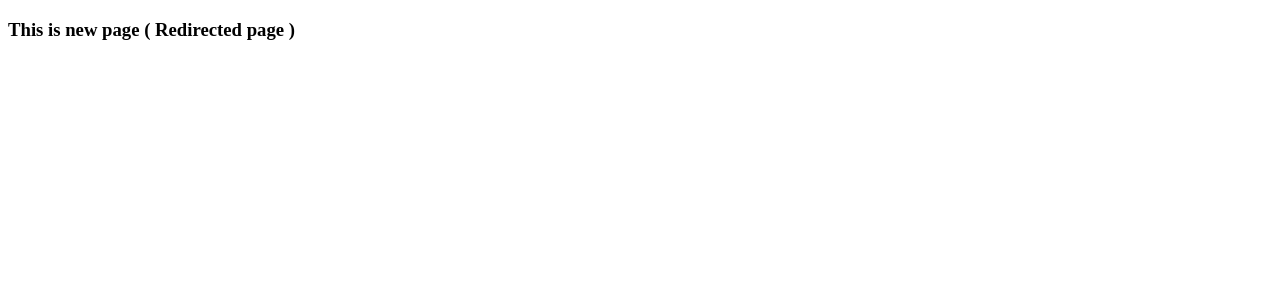
Repository: Mehakbatra496/Eclipse-Workspace
Page: A1_PracticeWebApp/src/main/webapp/New1.html
The author's editor kept a copy of each file at every save. The page is drawn from the files as they stood at one save, then again after the next save.
The browser window is 1280 px wide. The pictures show the whole page.

Above is the page before, as saved 2024-04-26 11:47:44.

After the next save:
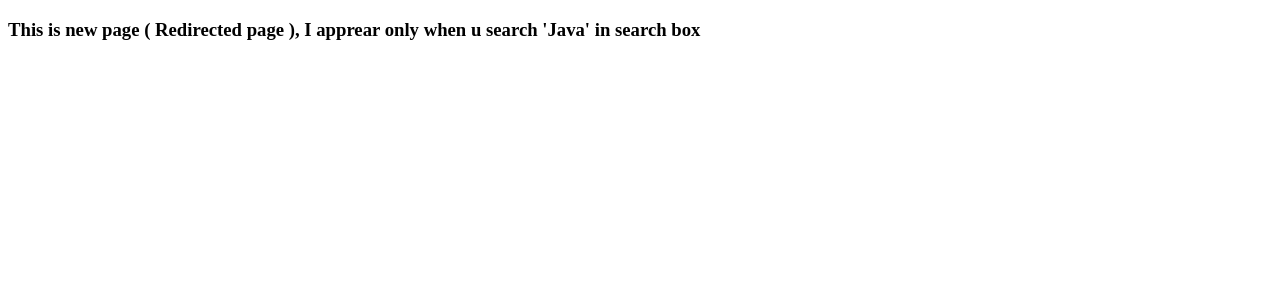
Saved 79 s later.
--- a/A1_PracticeWebApp/src/main/webapp/New1.html
+++ b/A1_PracticeWebApp/src/main/webapp/New1.html
@@ -5,6 +5,6 @@
 <title>Insert title here</title>
 </head>
 <body>
-<h3> This is new page ( Redirected page )</h3>
+<h3> This is new page ( Redirected page ), I apprear only when u search 'Java' in search box</h3>
 </body>
 </html>
